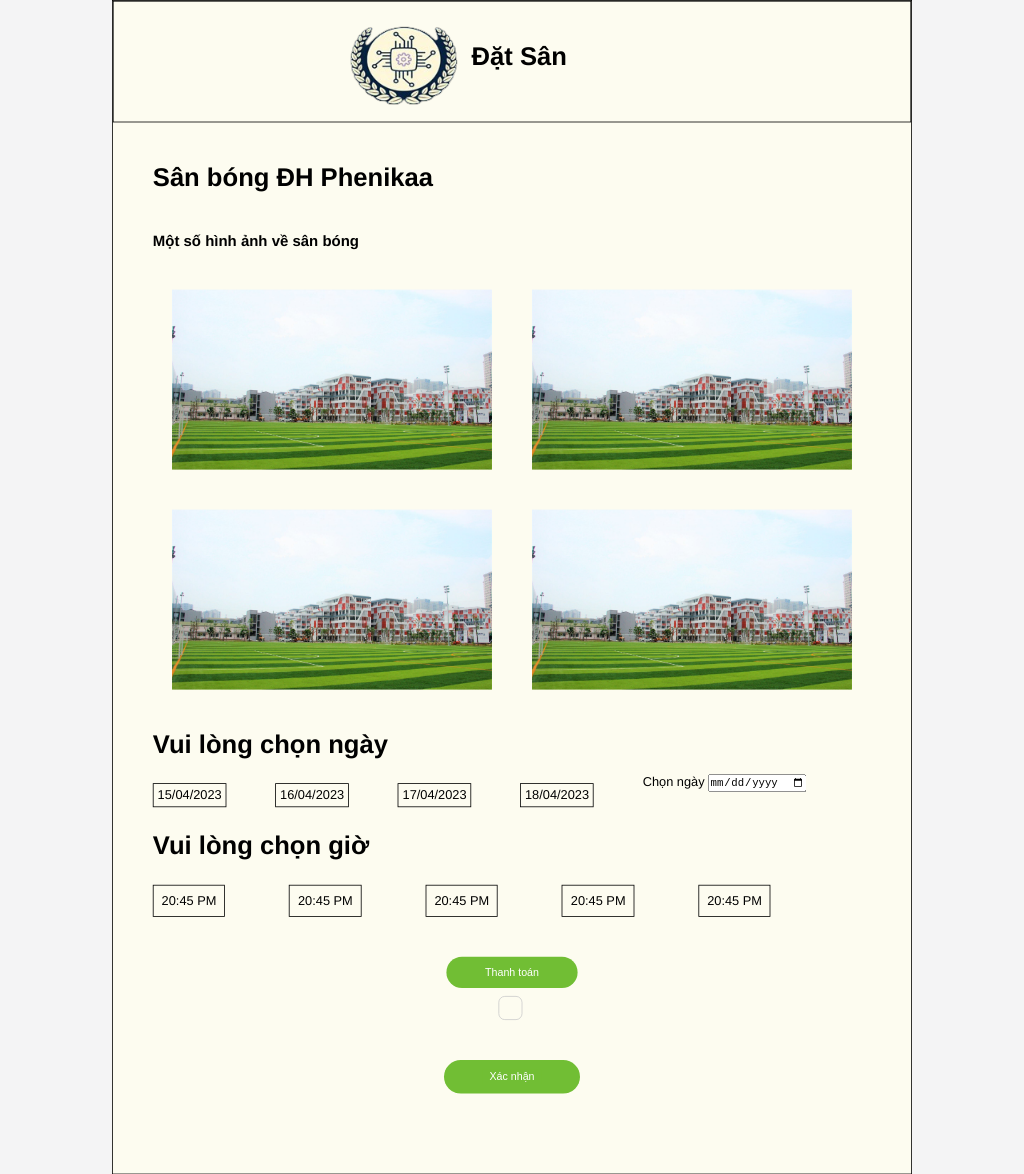
Repository: tus3300/BTL
Page: code/tacket.html
An editor plug-in stored every save of this project. The page is shown before and after a run of saves, followed by the edit.
The browser window is 1280 px wide. The pictures show the whole page, at 80% of full size.

Above is the page before, as saved 2023-05-21 01:59:54.

### code/tacket.html
<div class="tacket">

    <link href="https://cdnjs.cloudflare.com/ajax/libs/font-awesome/5.15.0/css/all.min.css" rel="stylesheet">
    <link href="lib/owlcarousel/assets/owl.carousel.min.css" rel="stylesheet">
    <link rel="stylesheet" href="css/test.css">
    <link rel="preconnect" href="https://fonts.gstatic.com">
    <link href="https://fonts.googleapis.com/css2?family=Roboto:wght@300;400;500;700;900&display=swap" rel="stylesheet">
    <div class="head-tacket">
        <img src="./img/logo.png" alt="" class="">
        <h1 class="">Đặt Sân</h1>
    </div>
    <div class="main-tacket">
      <div id="toast"></div>
        <div class="head-main-tacket">
            <h1 class="">Sân bóng ĐH Phenikaa</h1>
            <h3 class="">Một số hình ảnh về sân bóng</h3>
            <div class="main-tacket-img">
                <img src="./img/news-500x280-4.jpg" alt="" class="">
                <img src="./img/news-500x280-4.jpg" alt="" class="">
                <img src="./img/news-500x280-4.jpg" alt="" class="">
                <img src="./img/news-500x280-4.jpg" alt="" class="">
            </div>
        </div>
        <div class="main-main-tacket">
            <div class="day-main-ticket">
                <h1 class="h1-main-tacket">Vui lòng chọn ngày</h1>
                <div class="round-ul">
                    <ul class="ul-day-tacket">
                        <li class="li-tacket">
                            <div class="item-tacket">
                                15/04/2023
                            </div>
                        </li>
                        <li class="li-tacket">
                            <div class="item-tacket">
                                16/04/2023
                            </div>
                        </li>
                        <li class="li-tacket">
                            <div class="item-tacket">
                                17/04/2023
                            </div>
                        </li>
                        <li class="li-tacket">
                            <div class="item-tacket">
                                18/04/2023
                            </div>
                        </li>

                        <div class="datepicker">
                            <label for="dateofbirth">Chọn ngày</label>
                            <input type="date" name="dateofbirth" id="dateofbirth">
                        </div>
                    </ul>
                </div>
            </div>

            <div class="hour-main-ticket">
                <h1 class="h1-main-tacket">Vui lòng chọn giờ</h1>
                <ul class="ul-hour-ticket">
                    <li class="li-hour-ticket">
                        <div class="hour-ticket">20:45 PM</div>
                    </li>
                    <li class="li-hour-ticket">
                        <div class="hour-ticket">20:45 PM</div>
                    </li>
                    <li class="li-hour-ticket">
                        <div class="hour-ticket">20:45 PM</div>
                    </li>
                    <li class="li-hour-ticket">
                        <div class="hour-ticket">20:45 PM</div>
                    </li>
                    <li class="li-hour-ticket">
                        <div class="hour-ticket">20:45 PM</div>
                    </li>
                </ul>
            </div>
        </div>
    </div>

    <div class="foot-ticket">
        <div class="bill-ticket">
           <div onclick=""  class="btn btn--success"><button>Thanh toán</button></div>
        </div>
        <div class="check-bill">
            <style>
              .checkbox-style {
                display: inline-flex;
                align-items: center;
                gap: 10px;
                cursor: pointer;
                display: flex;
                justify-content: center;
                align-items: center;
                margin-top: 10px;
                margin-left: 5px;
              }
              .checkbox-label {
                cursor: pointer;
              }
              .checkbox-style input {
                display: none;
              }
              .checkbox-box {
                width: 30px;
                height: 30px;
                border: 1px solid #ccc;
                border-radius: 8px;
                padding: 5px;
                color: transparent;
                transition: all 0.2s linear;
              }
              .checkbox-input:checked + .checkbox-box {
                background-color: #6a5af9;
                border-color: #6a5af9;
                color: white;
              }
            </style>
            <label for="checkbox" class="checkbox-style">
              <input
                type="checkbox"
                name="evondev"
                id="checkbox"
                class="checkbox-input"
              />
              <div class="checkbox-box">
                <svg
                  xmlns="http://www.w3.org/2000/svg"
                  class="h-5 w-5"
                  viewBox="0 0 20 20"
                  fill="currentColor"
                >
                  <path
                    fill-rule="evenodd"
                    d="M16.707 5.293a1 1 0 010 1.414l-8 8a1 1 0 01-1.414 0l-4-4a1 1 0 011.414-1.414L8 12.586l7.293-7.293a1 1 0 011.414 0z"
                    clip-rule="evenodd"
                  />
                </svg>
              </div>
              <label for="checkbox" class="checkbox-label"></label>
            </label>
        </div>
        <div class="check-ticket">
         <div onclick="showSuccessToast()"class="btn btn--success"> <a href="index2.html" class=""><button>Xác nhận</button></a></div>
        </div>
    </div>


  <script src="js/test.js"></script>
</div>
<script src="js/date.js"></script>

### code/css/test.css
* {
  padding: 0;
  margin: 0;
  box-sizing: border-box;
}

body {
  height: 100vh;
  display: flex;
  flex-direction: column;
  font-family: "Helvetica Neue";
  background-color: #f4f4f5;
}

body > div {
  margin: auto;
}

/* ======= Buttons ======== */

/* Block */
.btn {
  display: inline-block;
  text-decoration: none;
  background-color: transparent;
  border: none;
  outline: none;
  color: #fff;
  padding: 12px 48px;
  border-radius: 50px;
  cursor: pointer;
  min-width: 120px;
  transition: opacity 0.2s ease;
}

/* Modifier */
.btn--size-l {
  padding: 16px 56px;
}

.btn--size-s {
  padding: 8px 32px;
}

.btn:hover {
  opacity: 0.8;
}

.btn + .btn {
  margin-left: 16px;
}

.btn--success {
  background-color: #71be34;
}

.btn--warn {
  background-color: #ffb702;
}

.btn--danger {
  background-color: #ff623d;
}

.btn--disabled {
  opacity: 0.5 !important;
  cursor: default;
}

/* ======= Toast message ======== */

#toast {
  position: fixed;
  top: 32px;
  right: 32px;
  z-index: 999999;
}

.toast {
  display: flex;
  align-items: center;
  background-color: #fff;
  border-radius: 2px;
  padding: 20px 0;
  min-width: 400px;
  max-width: 450px;
  border-left: 4px solid;
  box-shadow: 0 5px 8px rgba(0, 0, 0, 0.08);
  transition: all linear 0.3s;
}

@keyframes slideInLeft {
  from {
    opacity: 0;
    transform: translateX(calc(100% + 32px));
  }
  to {
    opacity: 1;
    transform: translateX(0);
  }
}

@keyframes fadeOut {
  to {
    opacity: 0;
  }
}

.toast--success {
  border-color: #47d864;
}

.toast--success .toast__icon {
  color: #47d864;
}

.toast--info {
  border-color: #2f86eb;
}

.toast--info .toast__icon {
  color: #2f86eb;
}

.toast--warning {
  border-color: #ffc021;
}

.toast--warning .toast__icon {
  color: #ffc021;
}

.toast--error {
  border-color: #ff623d;
}

.toast--error .toast__icon {
  color: #ff623d;
}

.toast + .toast {
  margin-top: 24px;
}

.toast__icon {
  font-size: 24px;
}

.toast__icon,
.toast__close {
  padding: 0 16px;
}

.toast__body {
  flex-grow: 1;
}

.toast__title {
  font-size: 16px;
  font-weight: 600;
  color: #333;
}

.toast__msg {
  font-size: 14px;
  color: #888;
  margin-top: 6px;
  line-height: 1.5;
}

.toast__close {
  font-size: 20px;
  color: rgba(0, 0, 0, 0.3);
  cursor: pointer;
}
.tacket {
  border:#000 solid 1px;
  width: 1000px;
  height: auto;
  margin: 0 auto;
  background: #fdfcf0;


}
.head-tacket{
  text-align: center;
  display: flex;
  justify-content: center;
  padding-right: 150px;
  border: #000 solid 1px;
}
.head-tacket h1 {
  justify-content: center;
  margin-top: 50px;
}

.main-tacket{
  margin-left: 50px;
}
.head-main-tacket  {
  margin-top: 50px;
}
.head-main-tacket h4{
  font: 1em sans-serif;
}
.head-main-tacket h3{
  margin-top: 50px;
}
.main-tacket-img {
  display: flex;
  flex-wrap: wrap;
  justify-content: center;
  align-items: center;
  margin-bottom: 50px;
}
.main-tacket-img img{
  width: 400px;
  display: flex;
  margin-top: 50px;
  margin-right: 50px;
}
.ul-day-tacket{
  display: flex;
  align-items: center;
}
.li-tacket{
  margin-right: 50px;
  list-style: none;
  float: left;
}
.round-ul {
  margin-top: 30px;
  margin-bottom: 30px;
}
.item-tacket{
  display:block;
  border: 1px solid #000;
  padding:5px;
  margin-right: 11px;
  z-index: 2;
}
.item-tacket:hover,
.hour-ticket:hover{
  background-color: #ED1C24;
  color:#fff;
  cursor: pointer;
}
.item-tacket.active,
.hour-ticket.active{
  background-color: #ED1C24;
  color:#fff;
}
.datepicker{
  margin-top: -30px;
  margin-right: 20px;
}
.ul-hour-ticket{
  display:flex;
  margin-top: 30px;
}
.li-hour-ticket {
  display: flex;
  justify-content: center;
  align-items: center;
  margin-right: 80px;

  border: 1px solid #000;
}
.hour-ticket{
  padding: 10px;
}
.li-hour-ticket:hover {
  background-color: #ED1C24;
  text-decoration: none;
  color:#fff;
}
.bill-ticket{
  display:flex;
  justify-content: center;
  align-items: center;
  margin-top: 50px;
}
.bill-ticket button{
  background-color: #71be34;
  border:none;
  color:white;
}

.check-ticket button{
  border: 1px solid #000;
  background-color: #71be34;
  border:none;
  color:white;

}
.check-ticket{
  display:flex;
  justify-content: center;
  align-items: center;
  margin-top: 50px;
  margin-bottom: 100px;

}
.check-ticket button:hover {
  text-decoration: none;
  color:#fff;
}
.check-ticket button{
  width: 74px;
  height: 18px;
}

### code/js/test.js

  // Toast function
function toast({ title = "", message = "", type = "info", duration = 5000 }) {
  const main = document.getElementById("toast");
  if (main) {
    const toast = document.createElement("div");

    // Auto remove toast
    const autoRemoveId = setTimeout(function () {
      main.removeChild(toast);
    }, duration + 1000);

    // Remove toast when clicked
    toast.onclick = function (e) {
      if (e.target.closest(".toast__close")) {
        main.removeChild(toast);
        clearTimeout(autoRemoveId);
      }
    };

    const icons = {
      success: "fas fa-check-circle",
      info: "fas fa-info-circle",
      warning: "fas fa-exclamation-circle",
      error: "fas fa-exclamation-circle"
    };
    const icon = icons[type];
    const delay = (duration / 1000).toFixed(2);

    toast.classList.add("toast", `toast--${type}`);
    toast.style.animation = `slideInLeft ease .3s, fadeOut linear 1s ${delay}s forwards`;

    toast.innerHTML = `
                    <div class="toast__icon">
                        <i class="${icon}"></i>
                    </div>
                    <div class="toast__body">
                        <h3 class="toast__title">${title}</h3>
                        <p class="toast__msg">${message}</p>
                    </div>
                    <div class="toast__close">
                        <i class="fas fa-times"></i>
                    </div>
                `;
    main.appendChild(toast);
  }
}
function showSuccessToast() {
  toast({
    title: "Thành công!",
    message: "Bạn đã đặt sân thành công",
    type: "success",
    duration: 5000
  });
}

function showErrorToast() {
  toast({
    title: "Thành công!",
    message: "Chúc mừng bạn đã đăng kí thành công",
    type: "success",
    duration: 5000
  });
}

### code/js/date.js
const itemTacket = document.querySelectorAll('.item-tacket');

itemTacket.forEach((item) => {
    item.addEventListener("click" ,function(event){
        itemTacket.forEach((el) => el.classList.remove('active'));
        event.target.classList.add('active')
    })
})


const hourticket = document.querySelectorAll('.hour-ticket');

hourticket.forEach((item) => {
    item.addEventListener("click" ,function(event){
        hourticket.forEach((el) => el.classList.remove('active'));
        event.target.classList.add('active')
    })
})

Loaded but not shown: code/lib/owlcarousel/assets/owl.carousel.min.css (common file)

After the next 2 saves:
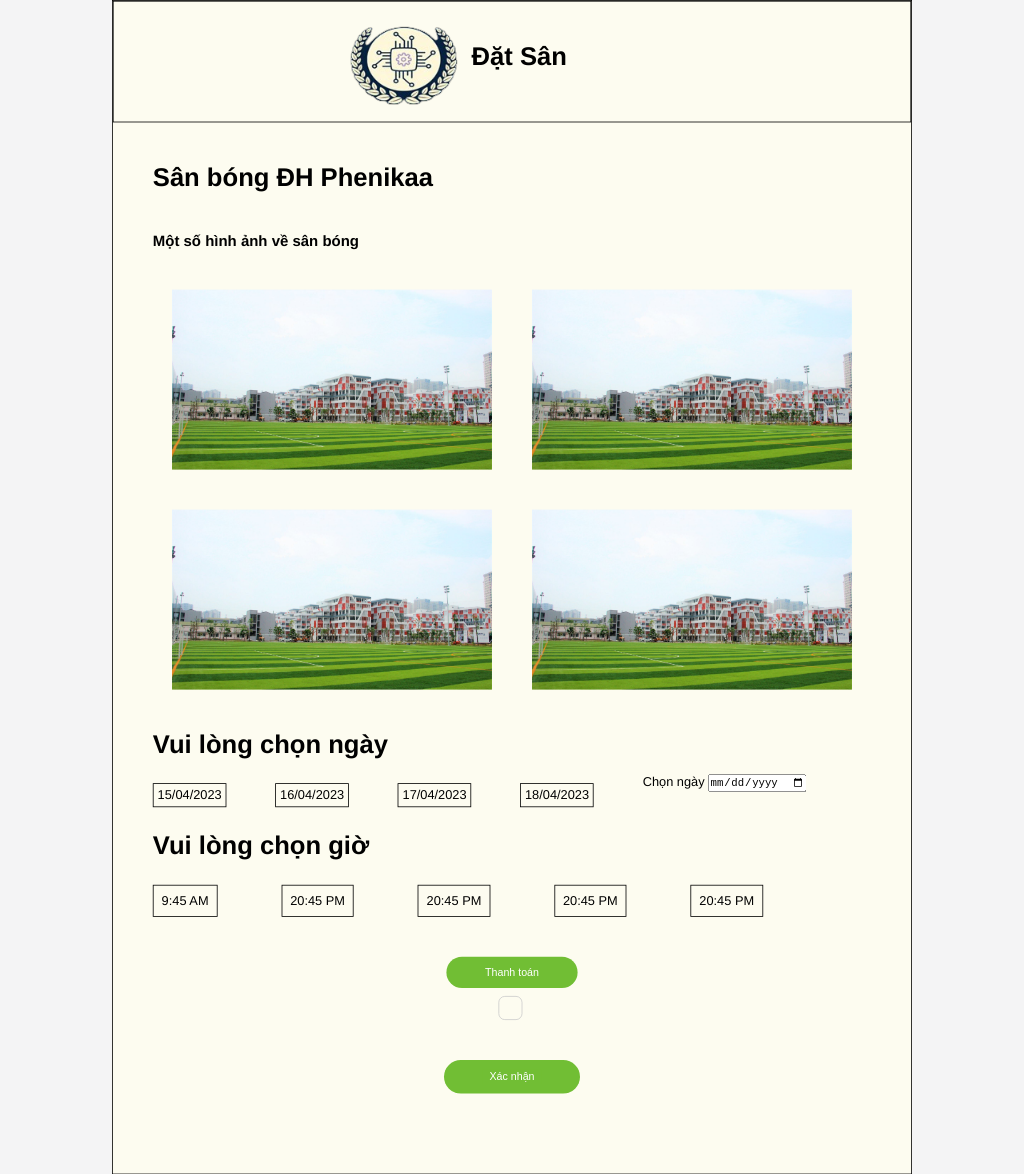
The 2 saves are shown as one change because they came seconds apart.
The last was saved 40 min 40 s later.
--- a/code/tacket.html
+++ b/code/tacket.html
@@ -59,7 +59,7 @@
                 <h1 class="h1-main-tacket">Vui lòng chọn giờ</h1>
                 <ul class="ul-hour-ticket">
                     <li class="li-hour-ticket">
-                        <div class="hour-ticket">20:45 PM</div>
+                        <div class="hour-ticket">9:45 AM</div>
                     </li>
                     <li class="li-hour-ticket">
                         <div class="hour-ticket">20:45 PM</div>
